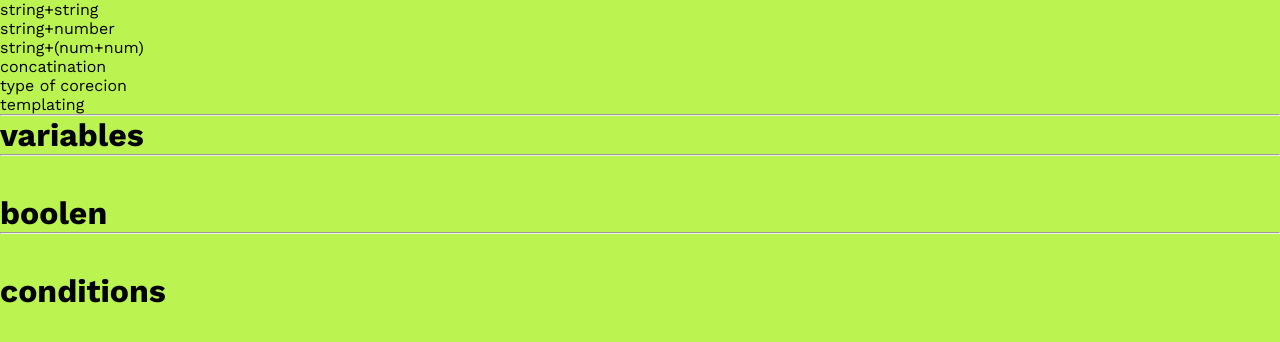
Repository: neelpatel6262/task-manager
Page: index.html
These files come from the project's save history. The page is drawn as it stood at one moment and after the next save; the edit follows.
The browser window is 1280 px wide. The pictures show the whole page.
Some web fonts or font styles are not loaded; a fallback is used.

Above is the page before, as saved 2025-07-17 15:37:56.

### index.html
<!DOCTYPE html>
<html lang="en">
<head>
  <meta charset="UTF-8">
  <meta name="viewport" content="width=device-width, initial-scale=1.0">
  <title>Javascript</title>
  <link rel="stylesheet" href="style.css">
  <script src="script.js"></script>
  <link rel="stylesheet" href="https://unicons.iconscout.com/release/v4.0.8/css/line.css">
  <link rel="preconnect" href="https://fonts.googleapis.com">
<link rel="preconnect" href="https://fonts.gstatic.com" crossorigin>
<link href="https://fonts.googleapis.com/css2?family=Asap:ital,wght@0,100..900;1,100..900&family=BioRhyme:wght@200..800&family=Bricolage+Grotesque:opsz,wght@12..96,200..800&family=DM+Sans:ital,opsz,wght@0,9..40,100..1000;1,9..40,100..1000&family=Inter:ital,opsz,wght@0,14..32,100..900;1,14..32,100..900&family=Italiana&family=Lora:ital,wght@0,400..700;1,400..700&family=Merriweather:ital,wght@0,300;0,400;0,700;0,900;1,300;1,400;1,700;1,900&family=Montserrat:ital,wght@0,100..900;1,100..900&family=Noto+Sans+Indic+Siyaq+Numbers&family=Noto+Sans+Old+Italic&family=Nunito:ital,wght@0,200..1000;1,200..1000&family=Pathway+Extreme:ital,opsz,wght@0,8..144,100..900;1,8..144,100..900&family=Poppins:ital,wght@0,100;0,200;0,300;0,400;0,500;0,600;0,700;0,800;0,900;1,100;1,200;1,300;1,400;1,500;1,600;1,700;1,800;1,900&family=Raleway:ital,wght@0,100..900;1,100..900&family=Space+Grotesk:wght@300..700&family=Spectral:ital,wght@0,200;0,300;0,400;0,500;0,600;0,700;0,800;1,200;1,300;1,400;1,500;1,600;1,700;1,800&family=Unbounded:wght@200..900&family=Work+Sans:ital,wght@0,100..900;1,100..900&family=Zilla+Slab:ital,wght@0,300;0,400;0,500;0,600;0,700;1,300;1,400;1,500;1,600;1,700&display=swap" rel="stylesheet">

</head>
<body>
  string+string
  <br>
  string+number
  <br>
  string+(num+num)
  <br>
  concatination
  <br>
  type of corecion
  <br>
  templating

  <hr>
   <h1>
    variables
   </h1>

   <hr>
   <br>
   <br>
   <h1>
    boolen
   </h1>
    <hr>
   <br>
   <br>
   <h1>
   conditions
   </h1>

</body>
</html>

### style.css
*{
  margin: 0;
  padding: 0;
  box-sizing: border-box;
 font-family: "Work Sans", sans-serif;
 background-color:oklch(0.897 0.196 126.665);
}

### script.js
// let name = "neel"
// let role = "uxui designer& devloper"
// let favrouitenumber = 321
// let love = true

// let a = 8
// let b = 9

// console.log(a+b)
// console.log(a-b)
// console.log(a*b)
// console.log(a/b)
// console.log(a%b)

// let name = "neel"
// console.log(name)
// name = "jaini"
// console.log(jaini)

// let name = "neel"
// console.log(name)

// name = "jaini"
// console.log(name)


// let fullname = "neel"
// let age = 23
// let coderNdesigner = true
// let data = null

// console.log(fullname)

// fullname = "jaini"
// console.log(fullname)

// let gender = "male"
// console.log(gender);

// gender ="female"
// console.log(female)



let age = 18

if (age>12){
  console.log("you are not adult")
}else{
   console.log("you are a adult")
}

After the next save:
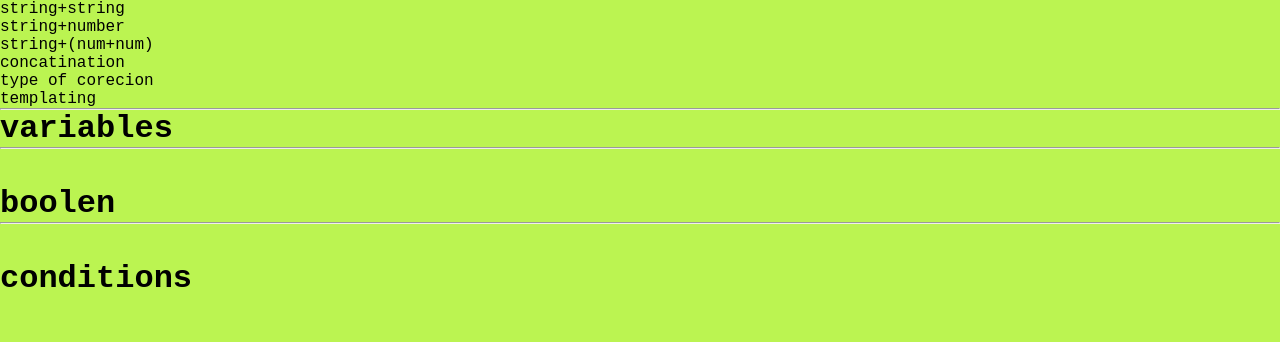
Saved 84 s later.
--- a/style.css
+++ b/style.css
@@ -2,6 +2,6 @@
   margin: 0;
   padding: 0;
   box-sizing: border-box;
- font-family: "Work Sans", sans-serif;
+ font-family: "DM Mono", monospace;
  background-color:oklch(0.897 0.196 126.665);
 }
